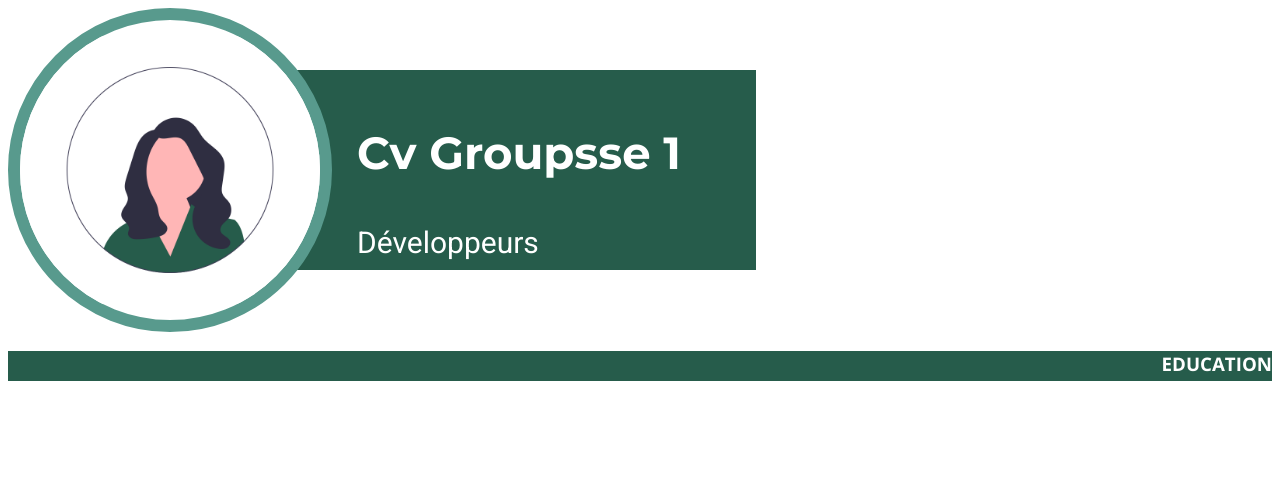
Repository: NdiongueFH/Mon_CV
Page: CV_Groupe1.html
An editor plug-in stored every save of this project. The page is shown before and after the next save, followed by the edit.
The browser window is 1280 px wide. The pictures show the whole page.

Above is the page before, as saved 2024-08-03 16:18:42.

### CV_Groupe1.html
<!DOCTYPE html>
<html lang="fr">
<head>
    <meta charset="UTF-8">
    <meta name="viewport" content="width=device-width, initial-scale=1.0">
    <!--Intégration de police d'écriture via un lien web-->
    <link href="https://fonts.googleapis.com/css2?family=Montserrat:wght@400;700&family=Open+Sans:wght@400;700&family=Roboto:wght@400;500&display=swap" rel="stylesheet">
    <!--Intégration de notre lien CSS-->
    <link rel="stylesheet" href="CV_Groupe1.css">
    <title>MON CV</title>

</head>
<body>
    <!--section principale-->
    <section id="principal">

        <!--Début Partie Ndiawar-->

        <!--la partie profile de notre cv-->
        <section id="profile">
            <!--identité-->
            <div id="identite">
                <!--image-->
                <div class="image">
                    <img id="image_profil" src="./image/profil.png" alt="" sizes="30" srcset="">
                </div>
                <!--fin image-->
                <!--debut nom-->
                <div class="nom">
                    <h1 id="name_cv">Cv Groupsse 1</h1>
                    <span id="function">Développeurs</span>
                </div>
                <!--fin nom-->
            </div>
            <!--fin identité-->
        </section>
        <!--fin de la partie profile-->

        <!--Fin Partie Ndiawar Diop-->


        <!--le debut du corp de notre cv-->
        <section  id="renseignement">
            <!--corp -->
            <div id="corps">
                <!--debut blanc-->
                <div class="blanc">


                    <!--Début Partie Anta Maguette Faye-->


                    <!--education-->
                    <div class="edu_exp">
                        <!--titre education-->
                        <div class="titre_edu_exp">
                            <h1>
                                EDUCATION
                            </h1>
                        </div>
                        <!--fin titre education-->
                        <!--parti education-->
                        <div class="info_edu">

                        </div>
                        <!--fin parti education-->
                    </div>
                    <!--fin education-->


                    <!--Fin Partie Anta Maguette Faye-->

                    <!--Début Partie Fatoumata Hawa Ndiongue-->

                    <!--experience-->
                    <div class="edu_exp" >
                        <!--titre experience-->
                        <div class="titre_edu_exp"></div>
                        <!--fin titre experience-->
                        <!--parti experience-->
                        <div class="info_exp"></div>
                        <!--fin parti experience-->
                    </div>
                    <!--fin experience-->

                    <!--Début Footer-->
                    <div id="footer">

                    </div>
                    <!--Fin Footer-->

                    <!--Fin Partie Fatoumata Hawa Ndiongue-->

                </div>
                <!--fin blanc-->

                <!--Début Moustapha Dieng-->


                <!--debut noir-->
                <div class="noir">
                    <!--contact-->
                    <div class="contact">
                        <!--titre contact-->
                        <div class="titre_contact_skill">
                            <h1></h1>
                        </div>
                        <!--fin titre contact-->
                        <!-- donnee contact-->
                        <div class="donnees_contact">

                        </div>
                        <!--fin donnee contact-->
                    </div>
                    <!--fin contact-->
                    <!--skill-->
                    <div class="skill">
                        <!--titre skill-->
                        <div class="titre_contact_skill">
                            <h1></h1>
                        </div>
                        <!--fin titre skill-->
                        <!--donné skill-->
                        <div class="donnees_skill"></div>
                        <!--fin donné skill-->
                    </div>
                    <!--fin skill-->
                    <!--resaux socio-->
                    <div id="resaux"></div>
                    <!--fin resaux socio-->
                </div>
                <!--fin noir-->

                <!--Fin Moustapha Dieng-->


            </div>
            <!--fin corp-->

        </section>
        <!--la fin du corp de notre cv-->
    </section>
    <!--Fin section principale-->

</body>
</html>

### CV_Groupe1.css
/*Le pseudo-élément `:root` en CSS permet de définir des variables globales pour un document,
représentant l'élément `<html>`. Utilisé pour centraliser la gestion des styles comme
les couleurs et les polices, il facilite la maintenance du CSS en rendant
les valeurs facilement réutilisables et modifiables dans toute la feuille de style.*/

:root {
    /* Définition des couleurs de base */
    --teal-1: #265C4B; /* Teal foncé */
    --teal-2: #146551; /* Teal moyen foncé */
    --teal-3: #007566; /* Teal vif */
    --teal-4: #589A8D; /* Teal clair */
    --teal-5: #fff; /* Blanc très clair */
    --Noir-6: #000000; /*Noir*/
    --Blanc-7: #ffffff; /*Blanc*/

    /* Utilisation des couleurs pour différents éléments */

    --color-title: var(--teal-1); /* Couleur pour les titres */
    --color-subtitle: var(--teal-3); /* Couleur pour les sous-titres */
    --color-paragraph: var(--teal-2); /* Couleur pour les paragraphes */
    --color-border: var(--teal-4); /* Couleur pour les bordures */
    --color-backgroundFoncé: var(--teal-1); /*Couleur de fond foncée*/
    --color-background: var(--teal-5); /* Couleur de fond général */
    --color-text: var(--Noir-6); /*Couleur pour le texte de fond*/
    --color-white: var(--Blanc-7); /*Couleur blanche pour les texte de fon d'une balise"*/
}

/*Intégration de nos polices d'écritures générales pour notre texte, titre et les sous-titres*/
:root {
    /* Polices */
    --font-title: 'Montserrat', sans-serif;
    --font-text: 'Open Sans', sans-serif;
    --font-subtitle: 'Roboto', sans-serif;

    /* Taille de police standard et poids */
    --font-size-normal: 16px; /* Taille de police standard pour le texte */
    --font-size-title: 28px; /* Taille de police pour les grands titres */
    --font-size-subtitle: 20px; /* Taille de police pour les sous-titres */
    --font-weight-normal: 400; /* Poids normal de la police */
    --font-weight-bold: 700; /* Poids en gras */
    /*Pour le profil la taile du nom et du sous-titre*/
    --font-size-titleProfil: 45px;
    --font-size-subtitleProfil: 30px;
}

/*Initialisation de notre body pour supprimer les marges et choix du type de police pour notre site*/
body {
    color: var(--color-text);
    background-color: var(--color-background);
    font-family: var(--font-text);
    font-size: var(--font-size-normal);
    font-weight: var(--font-weight-normal);
}

/*Partie Ndiawar Diop*/
    /*Début partie profil de Mon_CV*/

/*Div Identité*/
#identite {
    display: flex;
    align-items: center; /* Pour aligner verticalement les éléments à l'intérieur */
    background: none;
}
/*Image*/
.image {
    background-color: var(--color-background);
    border: 12px solid var(--color-border);
    width: 300px;  /* Assurez-vous que le conteneur est carré */
    height: 300px;
    border-radius: 50%;  /* Rend l'image ronde */
    overflow: hidden;  /* Cache les parties de l'image qui débordent */
    z-index: 2; /* Nous Plaçons l'image au-dessus de .nom */
    position: relative; /* Nécessaire pour appliquer z-index */
}

#image_profil {
    width: 100%;
    height: 100%;
    object-fit: contain;  /* Garantit que l'image couvre tout l'espace sans déformation */
}
/*Le nom du profil*/
.nom {
    background-color: var(--color-backgroundFoncé);
    width: 30%;
    height: 200px; /* Aligner la hauteur avec celle de l'image */
    display: flex;
    color: var(--color-white);
    flex-direction: column;
    justify-content: center;
    text-align: left;
    padding: 0 20px 0 75px;
    margin-left: -50px; /* Ajustement pour le chevauchement */
    z-index: 1; /* S'assurer que .nom se superpose à .image */
    position: relative;
}
#name_cv{
    font-family: var(--font-title);
    font-size: var(--font-size-titleProfil);
    font-weight: var(--font-weight-bold);
}
#function {
    font-family: var(--font-subtitle);
    font-size: var(--font-size-subtitleProfil);
    font-weight: var(--font-weight-normal);
}
    /*Fin Partie profil de Mon_Cv*/
/*Fin Partie Ndiawar Diop*/

/*Partie Section 2*/
    /*Partie Anta Maquette Faye*/
.titre_edu_exp {
    width: 100%;
    height: 15px;
    background-color: var(--color-backgroundFoncé);
    color: var(--color-white);
    text-align: right;
    padding: 50px auto;
}

After the next save:
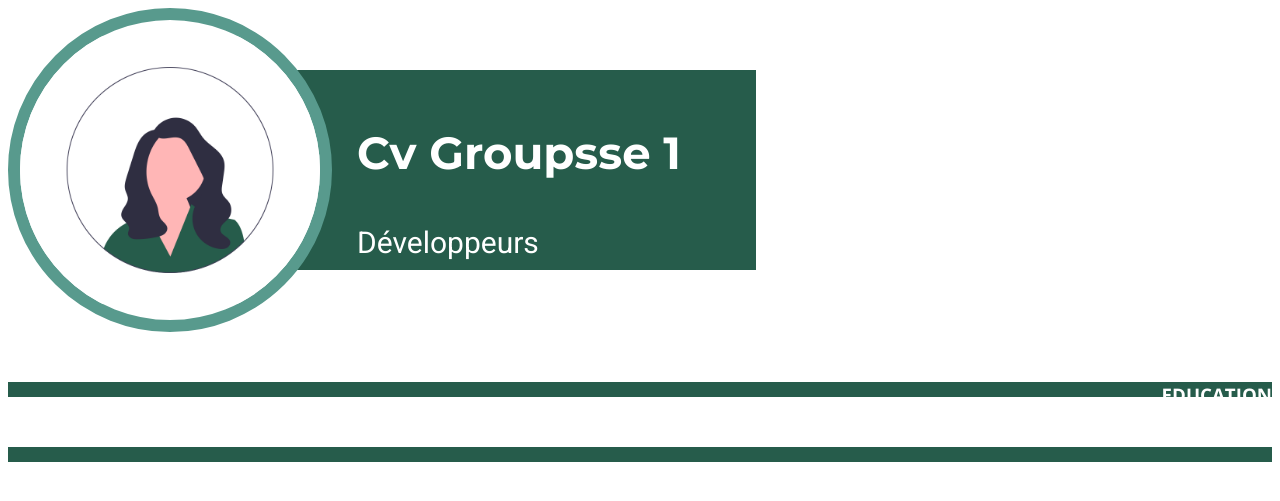
Saved 12 s later.
--- a/CV_Groupe1.css
+++ b/CV_Groupe1.css
@@ -114,5 +114,5 @@
     background-color: var(--color-backgroundFoncé);
     color: var(--color-white);
     text-align: right;
-    padding: 50px auto;
+    margin: 50px auto;
 }

After the save that followed:
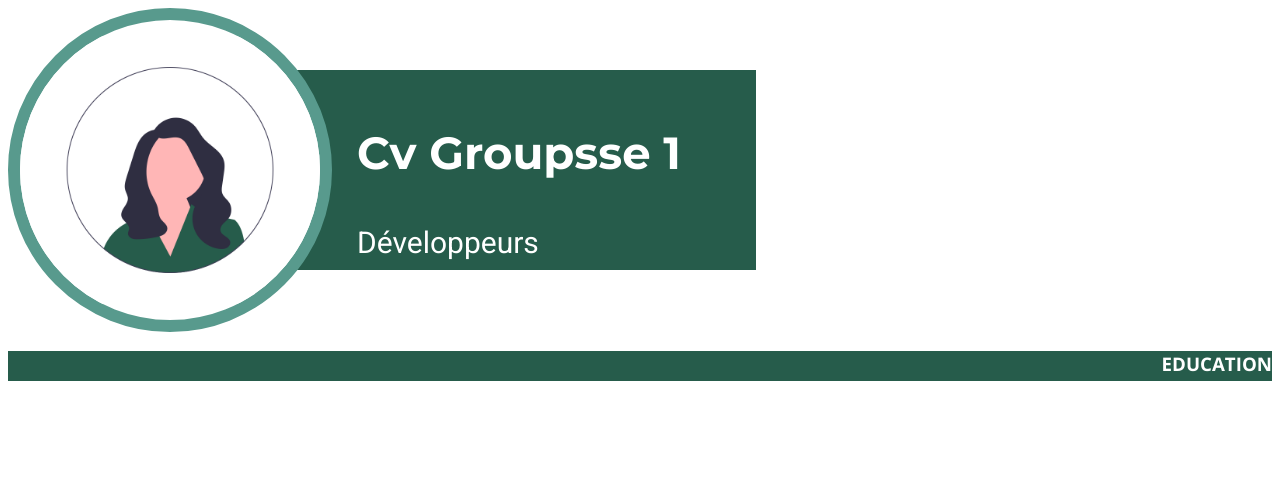
Saved 21 s later.
--- a/CV_Groupe1.css
+++ b/CV_Groupe1.css
@@ -114,5 +114,5 @@
     background-color: var(--color-backgroundFoncé);
     color: var(--color-white);
     text-align: right;
-    margin: 50px auto;
+    align-items: center;
 }
